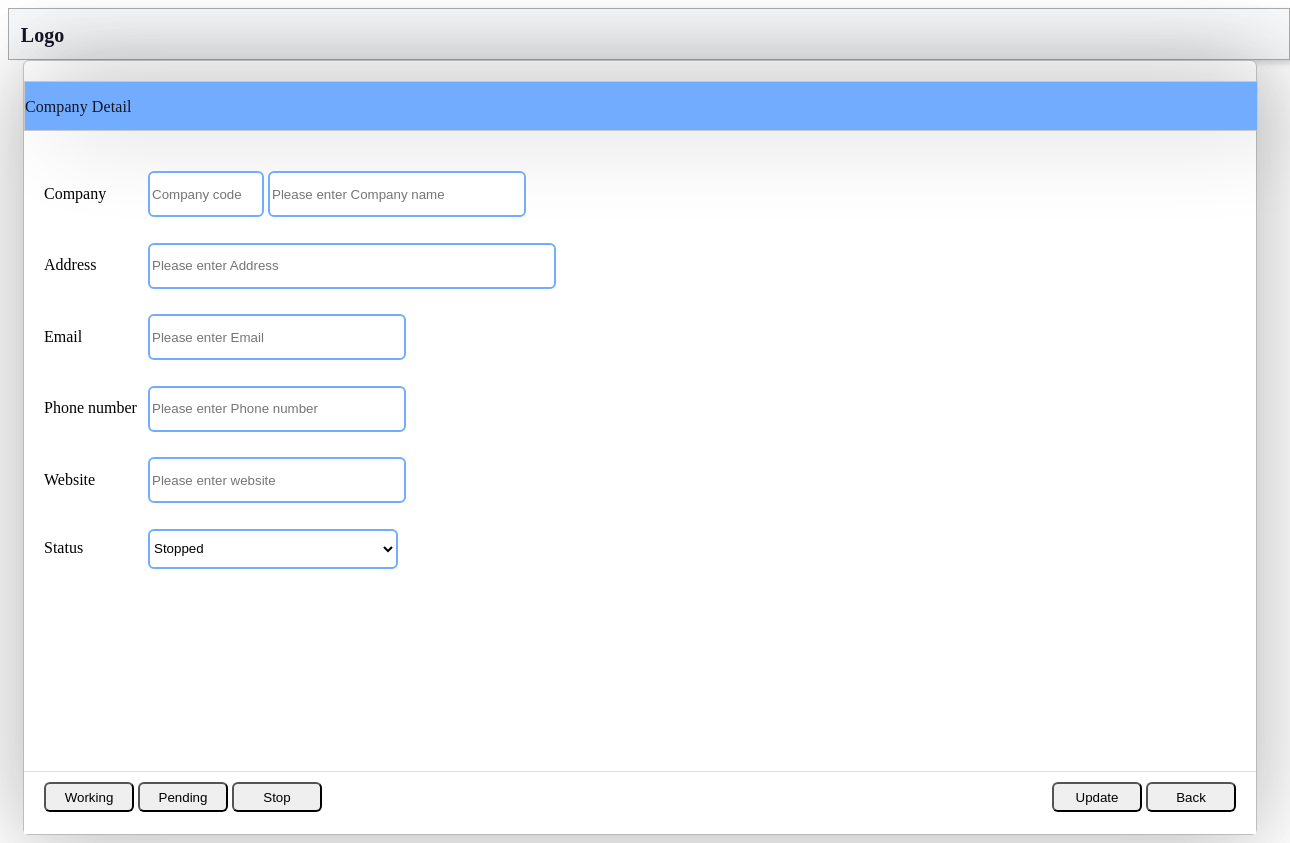
Repository: Zain1409/company
Page: client/html/CompanyDetail.html
These files come from the project's save history. The page is drawn as it stood at one moment and after the next save; the edit follows.
The browser window is 1280 px wide. The page is 1290 px wide, so the pictures cover 1290 px, including what lies to the right of the window. The pictures show the whole page.

Above is the page before, as saved 2021-04-04 21:42:08.

### client/html/CompanyDetail.html
<!DOCTYPE html>
<html lang="en">
<head>
    <meta charset="UTF-8">
    <meta http-equiv="X-UA-Compatible" content="IE=edge">
    <meta name="viewport" content="width=device-width, initial-scale=1.0">
    <link rel="stylesheet" href="./../css/CompanyDetail.css">
    <title>Company Detail</title>
</head>
<body>
    <div class="header">
        <p>Logo</p>
    </div>
    <div class="container">
        <div id="content">
            <div id="head">
                <p>Company Detail</p>
            </div>
            <form id="form">
                <label id="properties">Company</label> <input id="code" type="text" placeholder="Company code" style="width: 108px;"> <input id="name" type="text" placeholder="Please enter Company name">
                <br>
                <br>
                <label id="properties">Address</label> <input id="address" type="text" placeholder="Please enter Address" style="width: 400px;
                height: 40px;">
                <br>
                <br>
                <label id="properties">Email</label> <input id="email" type="text" placeholder="Please enter Email" >
                <br>
                <br>
                <label id="properties">Phone number</label> <input id="phone_number" type="text" placeholder="Please enter Phone number" >
                <br>
                <br>
                <label id="properties">Website</label> <input id="website" type="text" placeholder="Please enter website " >
                <br>
                <br>
                <label id="properties">Status</label> <select name="" id="form_select">
                    <option value="stopped">Stopped</option>
                    <option value="working">Working</option>
                    <option value="pending">Pending</option>
                    </select>
                </select>
            </form>
            <div id="footer">
                <div id="button_left">
                    <button>Working</button>
                    <button>Pending</button>
                    <button>Stop</button>
                </div>
                <div id="button_right">
                    <button>Update</button>
                    <button>Back</button>
                </div>
            </div>
        </div>
        <!-- <div id="footer">
            <div id="button_left">
                <button>Working</button>
                <button>Pending</button>
                <button>Stop</button>
            </div>
            <div id="button_right">
                <button>Update</button>
                <button>Back</button>
            </div>
        </div> -->
    </div>
</body>
</html>

### client/css/CompanyDetail.css
.header{
    width: 1280px;
    height: 50px;
    background: #F6F8F9 0% 0% no-repeat padding-box;
    box-shadow: 30px 3px 6px #00000029;
    border: 0.5px solid #ACABAB;
    opacity: 1;
    margin: auto;

}
.header p{
    width: 67px;
    height: 39px;
    text-align: left;
    font-weight: bold;
    font-size: 20px;
    color: #131523;
    opacity: 1;
    text-align: center;
    padding-top: 15px;
    margin: 0;
}
.container{
    width: 1232px;
    height: 624px;
    background: #FFFFFF 0% 0% no-repeat padding-box;
    box-shadow: 0px 3px 90px #00000029;
    border: 0.5px solid #C8C8C8;
    border-radius: 6px;
    opacity: 1;
    padding-top: 20px;
    margin: auto;
}
.container{
    margin: auto;
    width: 1232px;
    height: auto;
    padding-top: 20px;
}

#content{
    clear: both;
    width: 1232px;
    height: 753px;
    background: #FFFFFF 0% 0% no-repeat padding-box;
    box-shadow: 0px 3px 90px #00000029;
    opacity: 1;
}
#head{
    width: 1232px;
    height: 48px;
    background: #72ACFF 0% 0% no-repeat padding-box;
    box-shadow: 30px 3px 90px #00000029;
    border: 0.5px solid #C8C8C8;
    opacity: 1;
}
#head p{
    text-align: left;
    font: normal normal medium 20px/30px Poppins;
    letter-spacing: 0.08px;
    color: #131523;
    opacity: 1;
}
#form{
    width: 600px;
    float: left;
    height: 580px;
    margin: 20px;
    padding-top: 20px;

}
#form input{
    width: 250px;
    height: 40px;
    background: #FFFFFF 0% 0% no-repeat padding-box;
    border: 2px solid #72ACFF;
    border-radius: 6px;
    opacity: 1;
}
#form_select{
    clear: both;
    width: 250px;
    height: 40px;
    background: #FFFFFF 0% 0% no-repeat padding-box;
    border: 2px solid #72ACFF;
    border-radius: 6px;
    opacity: 1;
}
#properties{
    width: 100px;
    height: 40px;
    opacity: 1;
    display: inline-block;
}
#footer{
    clear: both;
    border-top: 1px solid #DEDEDE;
    padding-top: 10px;
}
#button_left{
    float: left;
    padding-left: 20px;
}
#button_right{
    float: right;
    padding-right: 20px;
}
button{
    width: 90px;
    height: 30px;
    border-radius: 6px;
    opacity: 1;
}

After the next save:
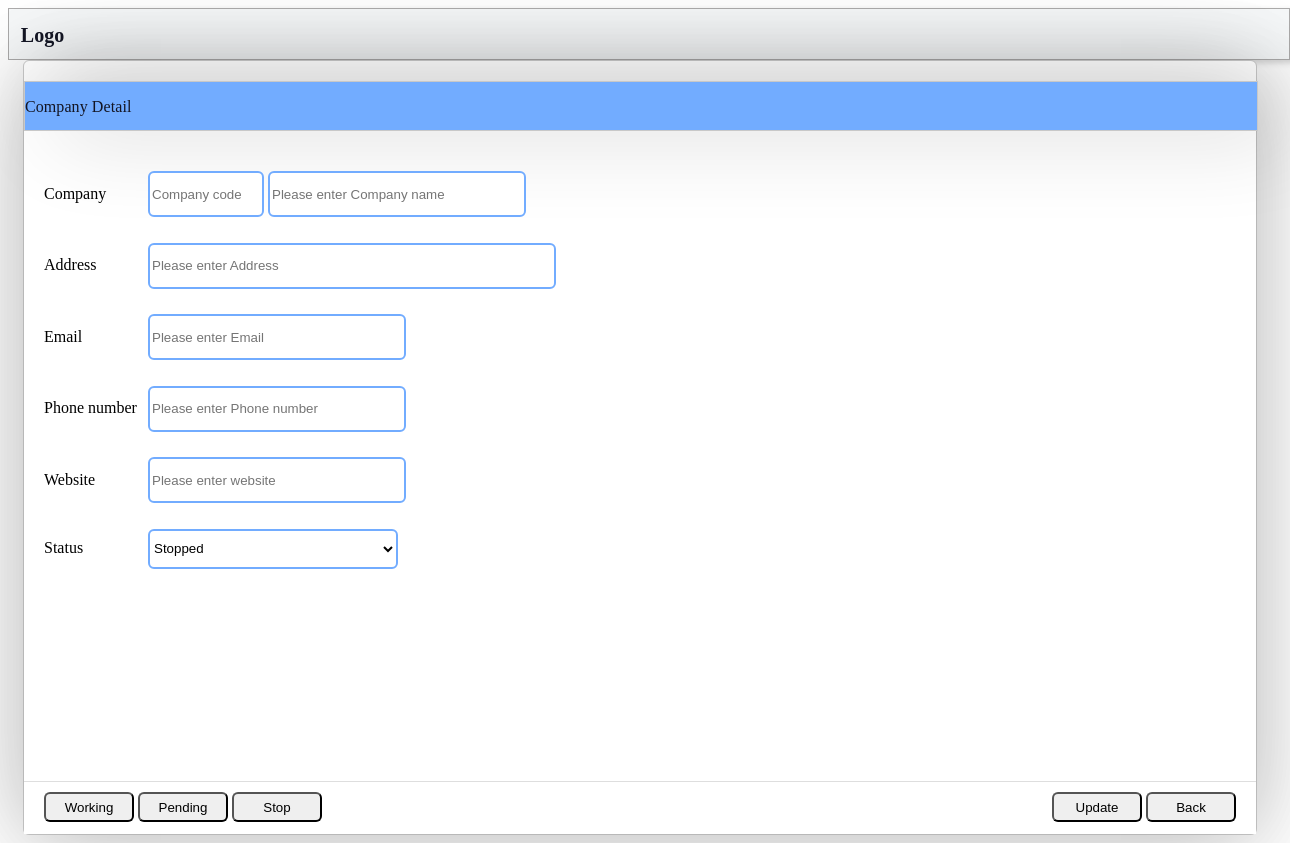
Saved 6 s later.
--- a/client/css/CompanyDetail.css
+++ b/client/css/CompanyDetail.css
@@ -64,7 +64,7 @@
 #form{
     width: 600px;
     float: left;
-    height: 580px;
+    height: 590px;
     margin: 20px;
     padding-top: 20px;
 
